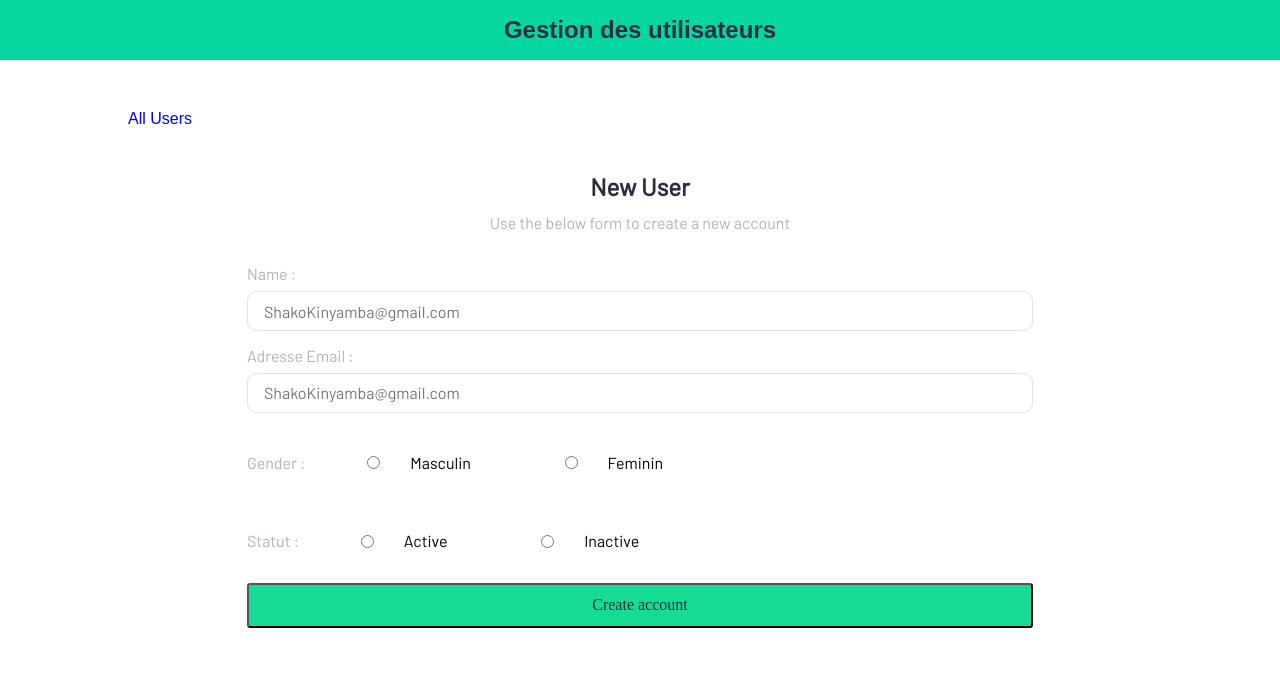
Repository: SKB-TECH/CrudMren
Page: add-user.html
An editor plug-in stored every save of this project. The page is shown before and after a run of saves, followed by the edit.
The browser window is 1280 px wide. The pictures show the whole page.
Some web fonts or font styles are not loaded; a fallback is used.

Above is the page before, as saved 2022-10-11 14:14:06.

After the next 2 saves:
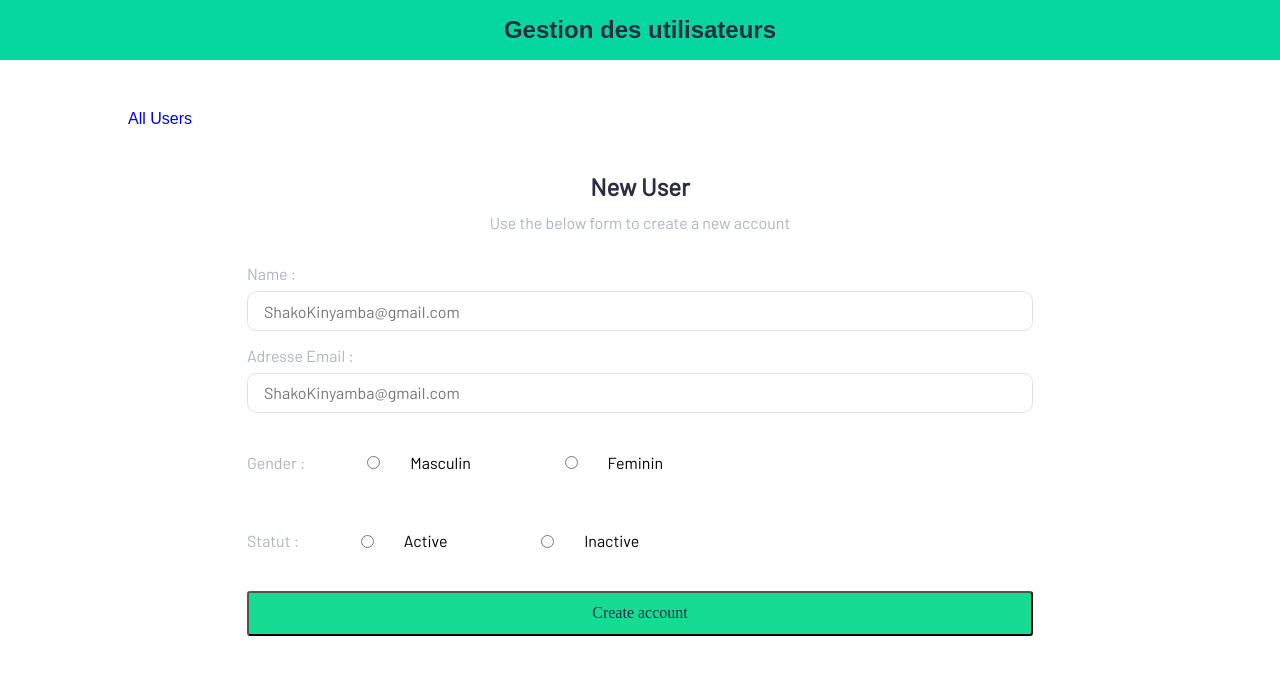
The 2 saves are shown as one change because they came seconds apart.
The last was saved 6 s later.
--- a/assets/css/style.css
+++ b/assets/css/style.css
@@ -185,5 +185,5 @@ table {
     font-size: 1em;
     cursor: pointer;
     border-radius: .2em;
-    margin: ;
+    margin: .5em 0;
 }
